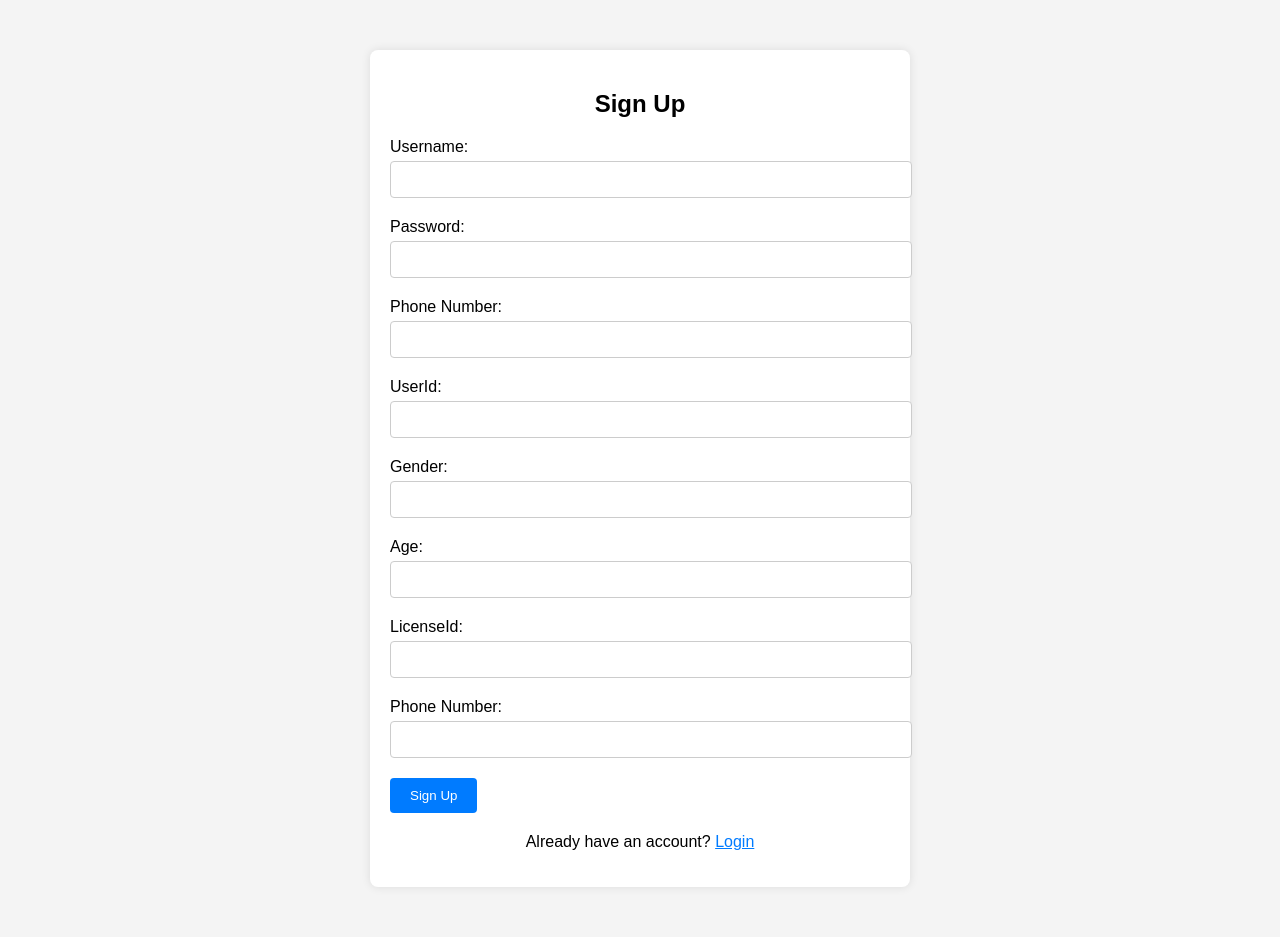
Repository: suryavishakan/parking_management
Page: http://localhost/signup
The author's editor kept a copy of each file at every save. The page is drawn from the files as they stood at one save, then again after the next save.
The browser window is 1280 px wide. The pictures show the whole page.
The page is served by the project's application, run on Flask 3 (app.py).

Above is the page before, as saved 2024-04-20 13:49:18.

### templates/signup.html
<!-- signup.html -->

<!DOCTYPE html>
<html lang="en">
<head>
    <meta charset="UTF-8">
    <meta name="viewport" content="width=device-width, initial-scale=1.0">
    <title>Sign Up</title>
    <style>
        body {
            font-family: Arial, sans-serif;
            margin: 0;
            padding: 0;
            background-color: #f4f4f4;
        }
        .container {
            width: 100%;
            max-width: 500px;
            margin: 50px auto;
            padding: 20px;
            background-color: #fff;
            border-radius: 8px;
            box-shadow: 0 0 10px rgba(0, 0, 0, 0.1);
        }
        h2 {
            text-align: center;
            margin-bottom: 20px;
        }
        form {
            margin-bottom: 20px;
        }
        label {
            display: block;
            margin-bottom: 5px;
        }
        input[type="text"],
        input[type="password"],
        input[type="phoneNumber"] {
            width: 100%;
            padding: 10px;
            margin-bottom: 20px;
            border: 1px solid #ccc;
            border-radius: 4px;
        }
        button[type="submit"] {
            background-color: #007bff;
            color: #fff;
            border: none;
            padding: 10px 20px;
            border-radius: 4px;
            cursor: pointer;
        }
        button[type="submit"]:hover {
            background-color: #0056b3;
        }
        p {
            text-align: center;
        }
        a {
            color: #007bff;
        }
    </style>
</head>
<body>
    <div class="container">
        <h2>Sign Up</h2>
        {% with messages = get_flashed_messages() %}
            {% if messages %}
                <ul>
                    {% for message in messages %}
                        <li>{{ message }}</li>
                    {% endfor %}
                </ul>
            {% endif %}
        {% endwith %}
        <form action="{{ url_for('signup') }}" method="POST">
            <label for="username">Username:</label>
            <input type="text" id="username" name="username" required>
            <label for="password">Password:</label>
            <input type="password" id="password" name="password" required>
            <label for="phoneNumber">Phone Number:</label>
            <input type="phoneNumber" id="phoneNumber" name="phoneNumber" required>
            <label for="userId">UserId:</label>
            <input type="text" id="userId" name="userId" required>
            <label for="gender">Gender:</label>
            <input type="text" id="gender" name="gender" required>
            <label for="age">Age:</label>
            <input type="text" id="age" name="age" required>
            <label for="licenseId">LicenseId:</label>
            <input type="text" id="licenseId" name="licenseId" required>

            <label for="vechileId">Phone Number:</label>
            <input type="phoneNumber" id="phoneNumber" name="phoneNumber" required>
            <button type="submit">Sign Up</button>
        </form>
        <p>Already have an account? <a href="{{ url_for('login') }}">Login</a></p>
    </div>
</body>
</html>

### app.py
from flask import Flask, Response, request, render_template, jsonify, redirect, url_for, request, flash, session
import pymongo
import secrets
import json
from bson.objectid import ObjectId
from bson.json_util import dumps
from functools import wraps

app=Flask(__name__ , template_folder='templates')
app.secret_key = secrets.token_hex(32)

try:
    mongo = pymongo.MongoClient(
        host = 'localhost',
        port = 27017,
        serverSelectionTimeoutMS = 1000
    )
    db = mongo.ParkingManagementSystemDb #connect to mongodb1
    users_collection = db.admin
    user_collection = db["customer"]
    #cart_collection = db["cart"]
    mongo.server_info() #trigger exception if cannot connect to db
except:
    print("Error connecting to MongoDB")

@app.route('/get/admin', methods=['GET'])
def displayall():
  try:
    documents = db.admin.find()
    output = [{item: data[item] for item in data if item != '_id'} for data in documents]
    return jsonify(output)
  except Exception as ex:
    response = Response("Search Records Error!!",status=500,mimetype='application/json')
    return response

# Route for signup page
@app.route('/signup', methods=['GET', 'POST'])
def signup():
    if request.method == 'POST':
        # Get form data
        username = request.form['username']
        password = request.form['password']

        # Check if username already exists
        if user_collection.find_one({'username': username}):
            flash('Username already exists. Please choose a different one.', 'error')
            return redirect(url_for('signup'))

        # Insert user data into database
        user_data = {'username': username, 'password': password}
        user_collection.insert_one(user_data)

        flash('Signup successful. You can now login.', 'success')
        return redirect(url_for('login'))

    return render_template('signup.html')

# Route to get an employee by name
@app.route('/get/user/<user_name>', methods=['GET'])
def get_user_by_name(user_name):
    try:
        # Using a case-insensitive query to match employee name
        document = db.user.find_one({"user_name": {"$regex": f'^{user_name}$', "$options": 'i'}})

        if document:
            # Exclude _id field from the response
            output = {item: document[item] for item in document if item != '_id'}
            return jsonify(output)
        else:
            return Response("USER not found", status=404, mimetype='application/json')

    except Exception as ex:
        app.logger.error(f"Error retrieving user by name: {ex}")
        return Response("Internal Server Error", status=500, mimetype='application/json')

# Route to get all employees
@app.route('/get/allusers', methods=['GET'])
def get_all_users():
    try:
        # Fetch all documents from the 'employee' collection
        documents = db.user.find()

        # Format the response excluding the _id field
        output = [{item: data[item] for item in data if item != '_id'} for data in documents]

        return jsonify(output)

    except Exception as ex:
        app.logger.error(f"Error retrieving all employees: {ex}")
        return Response("Internal Server Error", status=500, mimetype='application/json')

# Route to update employee details by name
@app.route('/update/user/<user_name>', methods=['PUT'])
def update_user_by_name(user_name):
    try:
        # Using a case-insensitive query to match employee name
        result = db.user.update_one(
            {"employee_name": {"$regex": f'^{user_name}$', "$options": 'i'}},
            {"$set": request.get_json()}
        )

        if result.modified_count > 0:
            return Response("User details updated successfully", status=200, mimetype='application/json')
        else:
            return Response("User not found", status=404, mimetype='application/json')

    except Exception as ex:
        app.logger.error(f"Error updating User details by name: {ex}")
        return Response("Internal Server Error", status=500, mimetype='application/json')

@app.route('/')
def homePage():
    try:
        # Fetch all products from the database
        products_cursor = db.product.find()

        # Convert the cursor to a list of dictionaries
        products = list(products_cursor)

        return render_template('homePage.html', products=products)
    except Exception as ex:
        app.logger.error(f"Error fetching products: {ex}")
        flash('Error fetching products', 'error')
        return render_template('homePage.html', products=[])

# Flask route to render the profile page
@app.route('/profile')
def profile():
    try:
        # Assuming you have a collection named 'users' in your MongoDB
        # Fetch user details from the 'users' collection
        user = db.user.find_one({'username': session['username']})

        if user:
            # Render the profile template with the user details
            return render_template('profile.html', user=user)
        else:
            flash('User details not found', 'error')
            return redirect(url_for('login'))
    except Exception as ex:
        app.logger.error(f"Error fetching user details: {ex}")
        flash('Error fetching user details', 'error')
        return redirect(url_for('login'))

@app.route('/select_user_type', methods=['POST'])
def select_user_type():
    user_type = request.form.get('userType')

    if user_type == 'admin':
        return redirect(url_for('login'))
    elif user_type == 'user':
        return redirect(url_for('login'))
    else:
        flash('Invalid user type selected', 'error')
        return redirect(url_for('index'))

# Update the Flask route for handling login
@app.route('/login', methods=['GET', 'POST'])
def login():
    if request.method == 'POST':
        username = request.form.get('username')
        password = request.form.get('password')

        # Query MongoDB for admin details
        admin_user = users_collection.find_one({'username': username, 'password': password})

        if admin_user:
            # Store admin credentials in the session
            session['username'] = username
            session['password'] = password

            return redirect(url_for('admin_panel'))
        else:
            # Query MongoDB for user details
            user_user = db.user.find_one({'username': username, 'password': password})

            if user_user:
                # Store user credentials in the session
                session['username'] = username
                session['password'] = password

                return redirect(url_for('user_details'))
            else:
                flash('Invalid username or password', 'error')

    return render_template('login.html')


# New route for employee details
@app.route('/user_details')
def user_details():
    # Check if user is authenticated as an employee
    try:
    # if 'username' in session and 'password' in session == 'employee':
        # Fetch employee details based on the stored credentials
        user = db.user.find_one({'username': session['username'], 'password': session['password']})

        if user:
            return render_template('user_details.html', user=user)
        else:
            flash('Unauthorized access', 'error')
            return redirect(url_for('login'))

    except Exception as ex:
        app.logger.error(f"Error fetching user data: {ex}")
        flash(f'Error fetching user data: {ex}', 'error')

    return render_template('user_details.html', user={})

# Route to render the update employee page
@app.route('/update_user/<user_name>', methods=['GET', 'POST'])
def update_user_page(user_name):
    try:
        # Fetch the employee details from the database using the employee name
        user = db.user.find_one({"user_name": {"$regex": f'^{user_name}$', "$options": 'i'}})

        if user:
            # Render the update employee page with the employee details
            return render_template('update_user.html', user=user)
        else:
            return Response("User not found", status=404, mimetype='application/json')

    except Exception as ex:
        app.logger.error(f"Error rendering update_user page: {ex}")
        return Response("Internal Server Error", status=500, mimetype='application/json')

# Route to handle the form submission for updating employee details
@app.route('/submit_update_user/<user_name>', methods=['POST'])
def submit_update_user(user_name):
    try:
        # Use the employee name parameter to identify the employee being updated
        user_name = user_name

        # Update the employee details in the database using request.form.to_dict()
        updated_user_data = request.form.to_dict()

        # Assuming you have a 'employee' collection in your MongoDB
        result = db.user.update_one(
            {"user_name": {"$regex": f'^{user_name}$', "$options": 'i'}},
            {"$set": request.form.to_dict()}
        )

        if result.modified_count > 0:
            flash('user details updated successfully', 'success')
        else:
            flash('user not found', 'error')

    except Exception as ex:
        app.logger.error(f"Error updating user details: {ex}")
        flash('Error updating user details', 'error')

    # Redirect to the admin page after the update
    return redirect(url_for('admin'))

# Route for admin panel
@app.route('/admin', methods=['GET', 'POST'])
def admin_panel():
    if 'username' in session and 'password' in session:
        # Check if the user is an admin
        admin_user = users_collection.find_one({'username': session['username'], 'password': session['password']})
        if admin_user:
            # Render the admin panel page
            return render_template('admin.html')

    # If user is not authenticated or not an admin, redirect to login page
    flash('Unauthorized access', 'error')
    return redirect(url_for('login'))


if __name__ == '__main__':
    app.run(port=5000, debug=True)

After the next save:
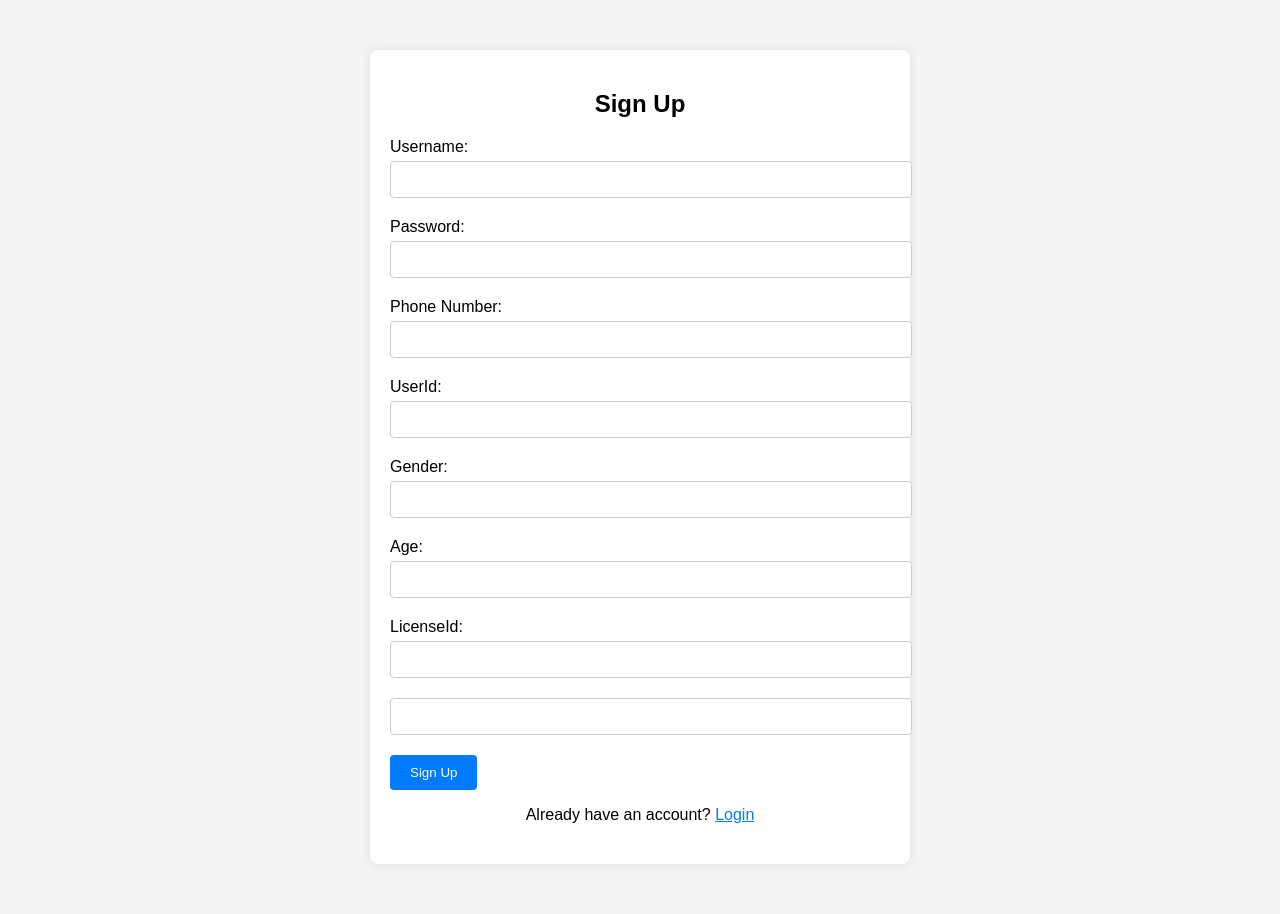
Saved 20 s later.
--- a/templates/signup.html
+++ b/templates/signup.html
@@ -89,7 +89,7 @@
             <label for="licenseId">LicenseId:</label>
             <input type="text" id="licenseId" name="licenseId" required>
 
-            <label for="vechileId">Phone Number:</label>
+            <label for="vechileId":</label>
             <input type="phoneNumber" id="phoneNumber" name="phoneNumber" required>
             <button type="submit">Sign Up</button>
         </form>
